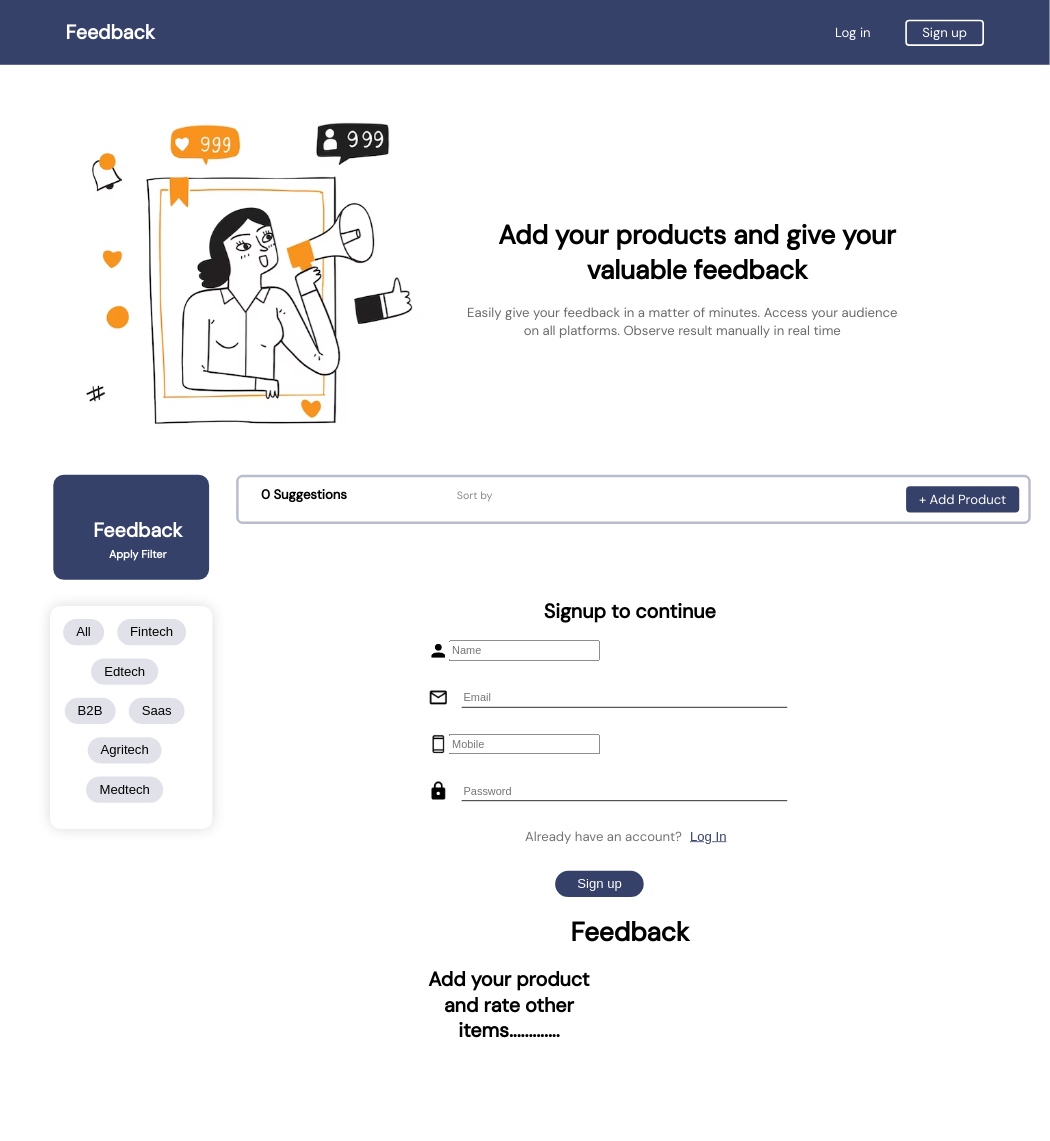
Repository: drumsmanku/final-evaluation-test
Page: / (app in client/), after clicking the first element matching `button.btn-main-page-register`
The author's editor kept a copy of each file at every save. The page is drawn from the files as they stood at one save, then again after the next save.
The browser window is 1280 px wide. The pictures show the whole page, at 82% of full size.
The page's requests for data from a server got no answer. The project was rebuilt for these pictures with package versions that can differ from the ones it lists, and the page was loaded fresh each time. No one was signed in, and anything a server would have sent is missing. Also part of the build but not shown: client/src/Components/LoginPopUp.js, client/src/Components/SignUp.js, client/src/Components/Login.js.

Above is the page before, as saved 2023-07-30 09:08:21.

After the next save:
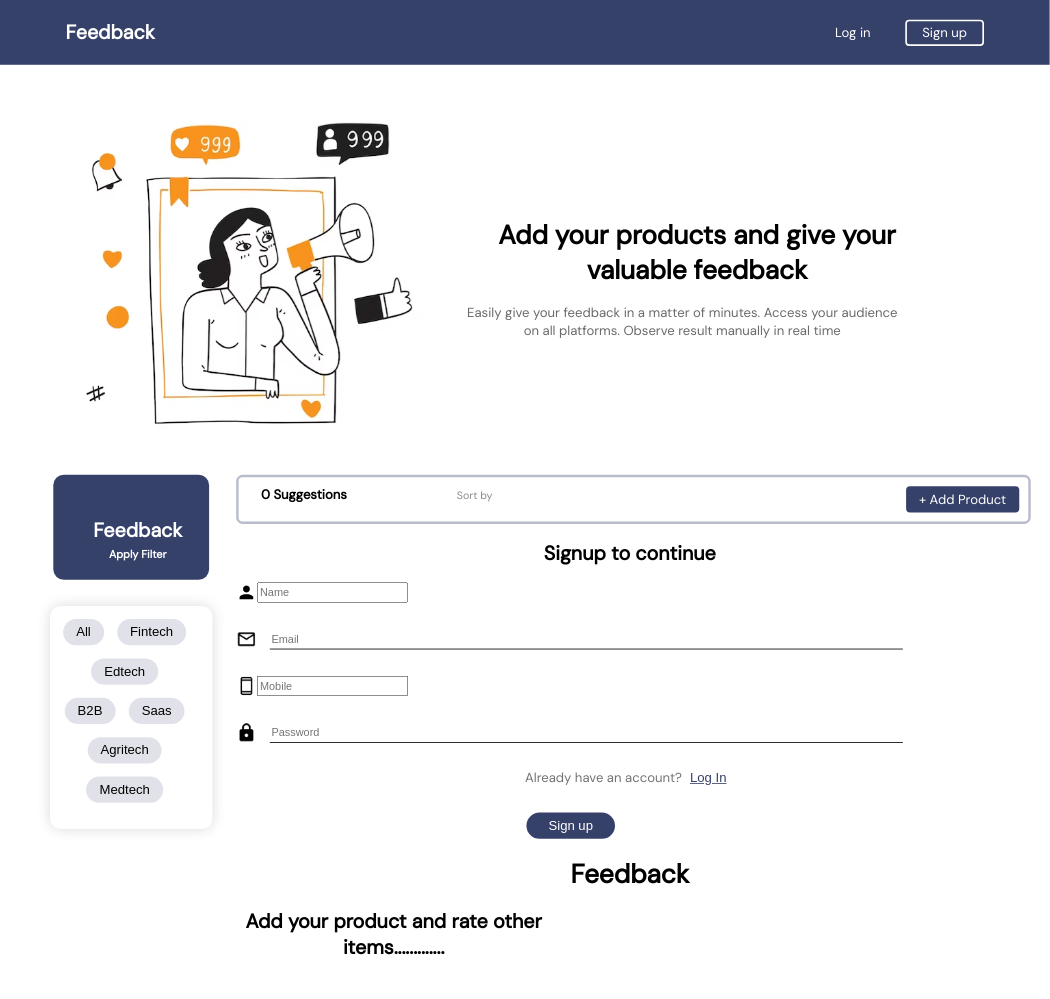
Saved 74 s later.
--- a/client/src/Components/SignupPopUp.js
+++ b/client/src/Components/SignupPopUp.js
@@ -49,7 +49,7 @@
       <header className="signup-popup-header">
 
         {showSignupModal && (
-          <div className="modal-signup" style={{ display: 'flex', justifyContent: 'center', alignItems: 'center', height: '100vh' }} onClick={handleClickOutside}>
+          <div className="modal-signup"  onClick={handleClickOutside}>
             <div className="modal-content" onClick={handleClickInside}>
 
               <div className="modal-body">

After the save that followed:
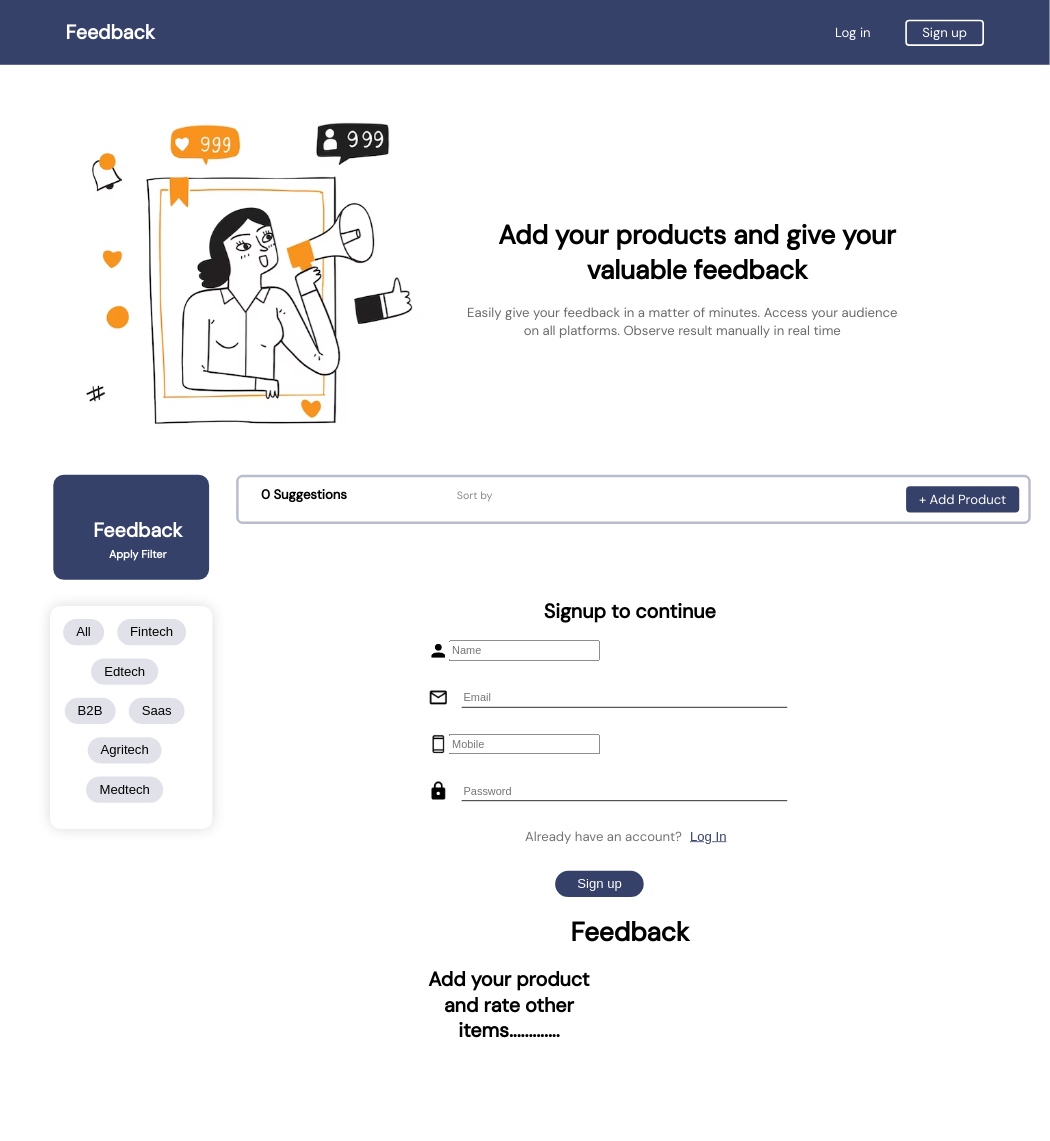
Saved 48 s later.
--- a/client/src/Components/SignupPopUp.js
+++ b/client/src/Components/SignupPopUp.js
@@ -49,7 +49,7 @@
       <header className="signup-popup-header">
 
         {showSignupModal && (
-          <div className="modal-signup"  onClick={handleClickOutside}>
+          <div className="modal-signup" style={{ display: 'flex', justifyContent: 'center', alignItems: 'center', height: '100vh' }} onClick={handleClickOutside}>
             <div className="modal-content" onClick={handleClickInside}>
 
               <div className="modal-body">
